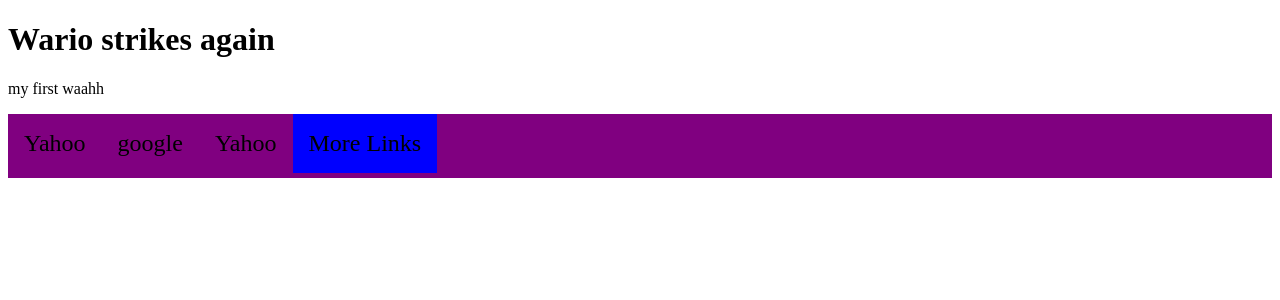
Repository: Dankusmemius/Dankusmemius.github.io
Page: index.html
The author's editor kept a record of every edit. The page is drawn from the files as they stood at one moment, then again after the next edit.
The browser window is 1280 px wide. The pictures show the whole page.

Above is the page before.

After the next edit:
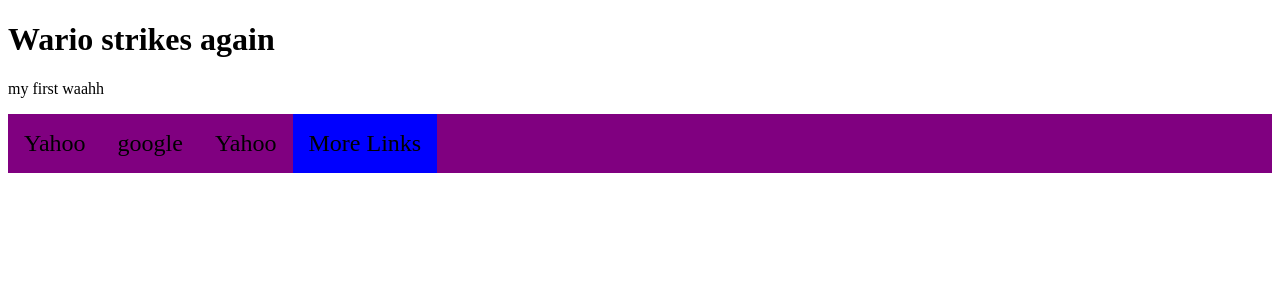
The edit:
--- a/index.html
+++ b/index.html
@@ -4,8 +4,7 @@
 <style>
     .navbar {
         background-color: purple;
-        width: 100%;
-        height: 64px;
+        overflow: hidden;
     }
     .navbar a {
         Color: black;
